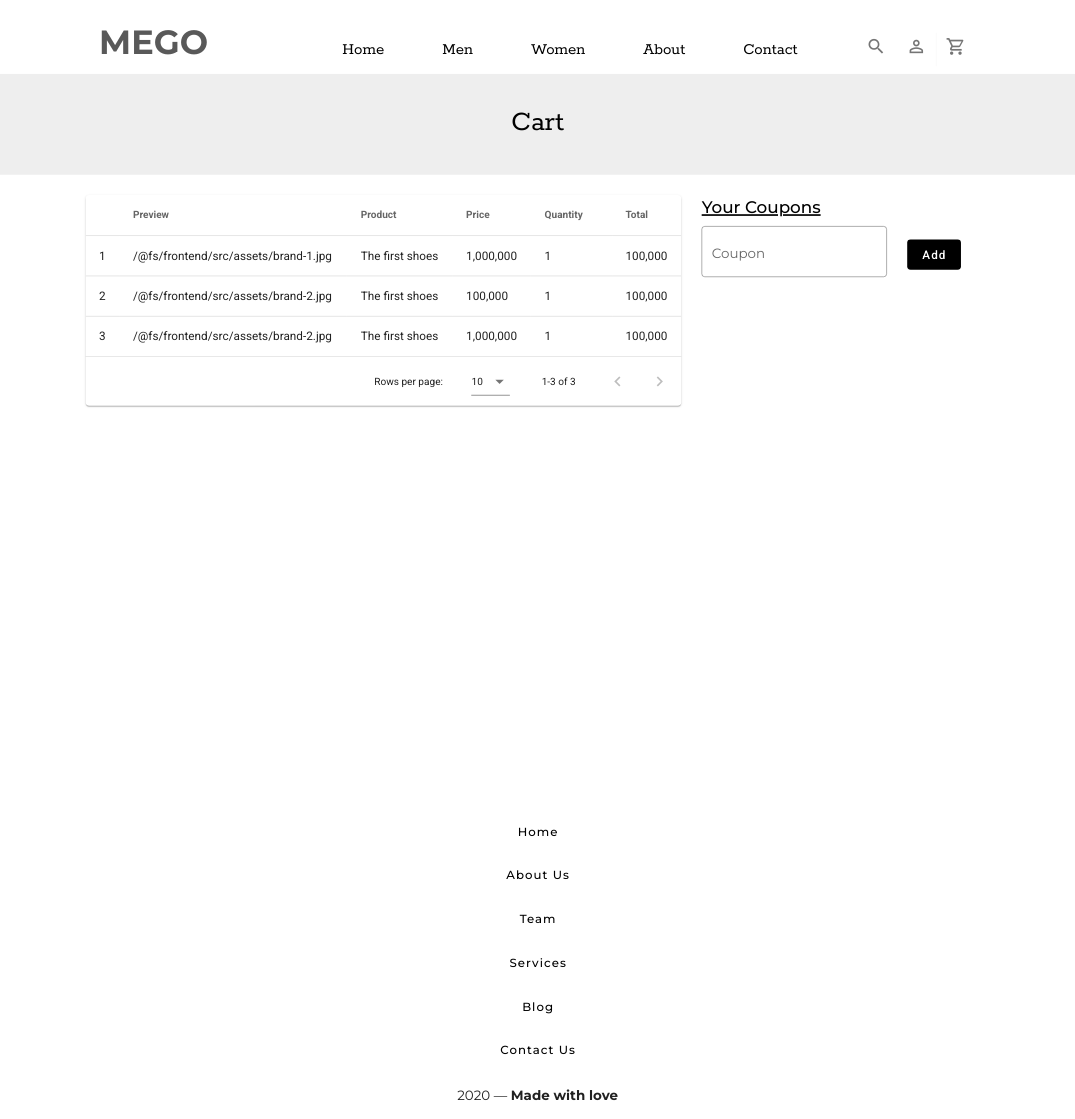
Repository: nguyenphuong152/shoesstore
Page: /cart (app in frontend/)
The author's editor kept a copy of each file at every save. The page is drawn from the files as they stood at one save, then again after the next save.
The browser window is 1280 px wide. The pictures show the whole page, at 84% of full size.
The project was rebuilt for these pictures with package versions that can differ from the ones it lists, and the page was loaded fresh each time. Also part of the build but not shown: frontend/vue.config.js, frontend/src/components/Customer/Collection.vue, frontend/src/components/Customer/Banner.vue, frontend/src/components/Customer/BestSeller.vue, frontend/src/components/Customer/Partner.vue, frontend/src/views/Customer/Home.vue, frontend/src/components/Customer/ProductCategory.vue, frontend/src/components/Customer/ProductView.vue and 10 more. Imported but missing from the stored project, and not drawn on this page: frontend/src/views/Admin/Category.vue, frontend/src/views/Admin/ManageProduct.vue, frontend/src/views/Admin/ManageUser.vue, frontend/src/views/Admin/OrderList.vue.

Above is the page before, as saved 2020-11-28 09:51:26.

### frontend/public/index.html
<!DOCTYPE html>
<html lang="en">
  <head>
    <meta charset="utf-8">
    <head>
      <title>MEGO</title>
    </head>
    <meta http-equiv="X-UA-Compatible" content="IE=edge">
    <meta name="viewport" content="width=device-width,initial-scale=1.0">
    <link rel="icon" href="<%= BASE_URL %>favicon.ico">
    <title><%= htmlWebpackPlugin.options.title %></title>
    <link href="https://fonts.googleapis.com/css?family=Montserrat:300,400,500,600,700" rel="stylesheet">
    <link href="https://fonts.googleapis.com/css?family=Rokkitt:100,300,400,700" rel="stylesheet">
    <link rel="stylesheet" href="https://fonts.googleapis.com/css?family=Roboto:100,300,400,500,700,900">
    <link rel="stylesheet" href="https://cdn.jsdelivr.net/npm/@mdi/font@latest/css/materialdesignicons.min.css">
  </head>
  <body>
    <noscript>
      <strong>We're sorry but <%= htmlWebpackPlugin.options.title %> doesn't work properly without JavaScript enabled. Please enable it to continue.</strong>
    </noscript>
    <div id="app"></div>
    <!-- built files will be auto injected -->
  </body>
</html>

### frontend/src/main.js
import Vue from 'vue'
import App from './App.vue'
import vuetify from './plugins/vuetify';
import router from './router'
import '../sass/style.scss'
import 'bootstrap/dist/css/bootstrap.css'
import 'bootstrap-vue/dist/bootstrap-vue.css'
import { BootstrapVue, IconsPlugin } from 'bootstrap-vue'

Vue.use(BootstrapVue)
// Optionally install the BootstrapVue icon components plugin
Vue.use(IconsPlugin)
Vue.config.productionTip = false

new Vue({
  vuetify,
  router,
  render: h => h(App)
}).$mount('#app')

### frontend/src/App.vue
<template>
  <v-app app>
    <v-container v-if="!['Admin', 'Banner', 'Category','Product','ManageUser','OrderList','Dashboard'].includes($route.name)">
      <Toolbar />
    </v-container>
    <v-main>
      <router-view></router-view>
    </v-main>
      <Footer v-if="!['Admin', 'Banner', 'Category','Product','ManageUser','OrderList','Dashboard'].includes($route.name)"/>
  </v-app>

</template>

<script>

import Footer from "./components/Customer/Footer";
import Toolbar from "./components/Customer/Toolbar";

export default {
  name: "App",

  components: {
    Toolbar,
    Footer
  },

  data: () => ({
    //
  }),
};
</script>

### frontend/src/plugins/vuetify.js
import Vue from 'vue';
import Vuetify from 'vuetify/lib';


Vue.use(Vuetify);

const vuetify = new Vuetify({
    theme: {
      themes: {
        light: {
          primary: '#000',
          secondary: '#b0bec5',
          accent: '#8c9eff',
          error: '#b71c1c',
        },
      },
    },
  })

export default new Vuetify({
    vuetify,
});

### frontend/src/router/index.js
import Vue from "vue";
import VueRouter from "vue-router";
import Home from "../views/Customer/Home.vue";
import Men from "../views/Customer/Men.vue";
import Women from "../views/Customer/Women.vue";
import Admin from "../views/Admin/Admin.vue";
import Product from "../views/Admin/ManageProduct.vue";
import Banner from "../views/Admin/Banner.vue";
import Category from "../views/Admin/Category.vue";
import ManageUser from "../views/Admin/ManageUser.vue";
import OrderList from "../views/Admin/OrderList.vue";
import Dashboard from "../views/Admin/Dashboard.vue"
//import ProductDetail from "../views/ProductDetail.vue"

Vue.use(VueRouter);

const routes = [
  {
    path: "/",
    name: "Home",
    component: Home,
  },
  {
    path: "/men",
    name: "Men",
    component: Men,
  },
  {
    path: "/women",
    name: "Women",
    component: Women,
  },
  {
    path: "/about",
    name: "About",
    // route level code-splitting
    // this generates a separate chunk (about.[hash].js) for this route
    // which is lazy-loaded when the route is visited.
    component: () =>
      import(/* webpackChunkName: "about" */ "../views/Customer/About.vue"),
  },
  {
    path: "/contact",
    name: "Contact",
    component: () =>
      import(/* webpackChunkName: "about" */ "../views/Customer/Contact.vue"),
  },
  {
    path: "/cart",
    name: "Cart",
    component: () =>
      import(/* webpackChunkName: "about" */ "../views/Customer/Cart.vue"),
  },
  {
    path: "/account",
    name: "Account",
    component: () =>
      import(/* webpackChunkName: "about" */ "../views/Customer/Account.vue"),
  },
  {
    path: "/userlogin",
    name: "UserLogin",
    component: () =>
      import(/* webpackChunkName: "about" */ "../views/Customer/UserLogin.vue"),
  },
  {
    path: "/checkout",
    name: "Checkout",
    component: () =>
      import(/* webpackChunkName: "about" */ "../views/Customer/Checkout.vue"),
  },
  {
    path: "/product/:id",
    name: "ProductDetail",
    component: () =>
      import(/* webpackChunkName: "about" */ "../views/Customer/ProductDetail.vue"),
  },
  {
    path: "/admin",
    name: "Admin",
    component: Admin,
    children: [
      {
        path: "/banner",
        name: "Banner",
        component: Banner,
      },
      {
        path: "/category",
        name: "Category",
        component: Category,
      },
      {
        path: "/product",
        name: "Product",
        component: Product,
      },
      {
        path: "/manageuser",
        name: "ManageUser",
        component: ManageUser,
      },
      {
        path: "/orderlist",
        name: "OrderList",
        component: OrderList,
      },
      {
        path: "/dashboard",
        name: "Dashboard",
        component: Dashboard,
      },
    ],
  },
];

const router = new VueRouter({
  mode: "history",
  base: process.env.BASE_URL,
  routes,
});

export default router;

### frontend/sass/style.scss

$font-primary: 'Montserrat',
Arial,
sans-serif;
$font-secondary: 'Rokkitt',
Georgia,
serif;


@import '~vuetify/src/styles/styles.sass';

// Overrides
$grid-gutter-width: 20px !default;
$border-radius-base: 4px !default;
$padding-base-vertical: 14px !default;

$brand-primary: #616161 !default;
$brand-secondary: #88c8bc !default;
$brand-yellow: #FFDD00 !default;
$brand-footer-color: #2C2E3E;

$brand-white: #fff;
$brand-black: #000;
$brand-darker: #444;
$brand-gray: #ccc;
$brand-lighter: #e9e9e9;
$brand-body-color: #e8e8e8;
$brand-selection-color: #f9f6f0;
$brand-overlay-color: #4c4a8a;
$brand-bg-color: $brand-white;

.v-btn {
  text-transform:none !important;
}
// .v-text-field{
//   width: 50px;
//   height: 10px;
// }

#app {
  -webkit-font-smoothing: antialiased;
  -moz-osx-font-smoothing: grayscale;

  text-align: center;
  .container {
    max-width: 1100px;
  }
  font: 300
}

.nav {
  padding-left: 0px;
  a {
    font-size: 20px;
    color: lighten($brand-black,35%);
    font-family: $font-secondary;
    text-decoration: none;
    font-weight: 500;
    &.router-link-exact-active {
      color: #42b983;
    }

  }
}

#logo {
  font-size: 40px;
  font-weight: 700;
  font-family: $font-primary;
  color: lighten($brand-black, 35%);
}


.slogan {
  font-size: 50px;
  color: #2c3e50;
  font-family: $font-secondary;
  text-decoration: none;
}

.title-collection{
  @extend .slogan;
  font-size: 25px;
}


.slogan-3 {
  @extend .slogan;
  font-size: 35px;
}

.title-shoes {
  @extend .slogan;
  font-size: 20px;
}


.footer-text {
  font-family:$font-primary;
  font-size: 16px;
}

.admin {
  font-family: $font-primary;
  font-size:16px;
}

.admin-nav {
  font-family: $font-primary !important;
  font-size: 20px !important;
  color: white !important;
}

### frontend/src/components/Customer/Footer.vue
<template>
  <v-footer class="white" padless>
    <v-row justify="center" no-gutters>
      <v-btn
        v-for="link in links"
        :key="link"
        color="black"
        text
        rounded
        class="my-2 footer-text"
      >
        {{ link }}
      </v-btn>
      <v-col class="white py-4 text-center fluid footer-text" cols="12">
        {{ new Date().getFullYear() }} — <strong>Made with love</strong>
      </v-col>
    </v-row>
  </v-footer>
</template>

<script>
export default {
  data: () => ({
    links: ["Home", "About Us", "Team", "Services", "Blog", "Contact Us"],
  }),
};
</script>

<style></style>

### frontend/src/components/Customer/Toolbar.vue
<template>
  <v-toolbar flat>
    <v-row class="d-flex align-baseline">
      <v-col cols="3" class="d-flex justify-lg-start">
        <v-toolbar-title id="logo">MEGO</v-toolbar-title>
      </v-col>
      <v-col class="d-flex justify-space-around text-start nav">
        <router-link to="/">Home</router-link>
        <router-link to="/men">Men</router-link>
        <router-link to="/women">Women</router-link>
        <router-link to="/about">About</router-link>
        <router-link to="/contact">Contact</router-link>
      </v-col>
      <v-col cols="2" class="d-flex justify-end">
        <v-btn icon>
          <v-icon>mdi-magnify</v-icon>
        </v-btn>
        <v-menu
          open-on-hover
          top
          offset-y
          :position-x="960"
          :position-y="230"
          absolute
        >
          <template v-slot:activator="{ on, attrs }">
            <v-btn icon v-bind="attrs" v-on="on">
              <v-icon>mdi-account-outline</v-icon>
            </v-btn>
          </template>

          <v-list class="text-start nav">
            <v-list-item v-for="(item, index) in routes" :key="index" :to="item.path">
              <v-list-item-title>{{ item.name }}</v-list-item-title>
            </v-list-item>
          </v-list>
        </v-menu>
        <v-divider vertical inset></v-divider>
        <v-btn icon @click="goToCart">
          <v-icon>mdi-cart-outline</v-icon>
        </v-btn>
      </v-col>
    </v-row>
  </v-toolbar>
</template>

<script>
export default {
  data: () => ({
    routes: [
      {
        path:"/checkout",
        name:"Check Out"
       },
       {
        path:"/account",
        name:"My Account"
       },
       {
        path:"/userlogin",
        name:"User Login"
       },

    ],
  }),
  methods: {
     goToCart: function() {
     this.$router.push({name: 'Cart'})
     }
  }
};
</script>

<style></style>

### frontend/src/views/Customer/Cart.vue
<template>
  <div class="cart app">
    <v-sheet color="grey lighten-3" height="120">
      <v-container py-8>
        <a class="slogan-3">Cart</a>
      </v-container>
    </v-sheet>
    <div>
      <v-container>
        <v-row>
          <v-col cols="8">
            <totalProducts />
          </v-col>
          <v-col pa-8>
            <addCoupons/>
            </v-col>
        </v-row>
      </v-container>
    </div>
  </div>
</template>

<script>
import totalProducts from "../../components/Customer/TotalProducts";
import addCoupons from "../../components/Customer/AddCoupon"

export default {
  components: { totalProducts, addCoupons },
  data() {},
};
</script>

### frontend/src/components/Customer/TotalProducts.vue
<template>
  <div id="app">
    <v-app id="inspire">
      <v-data-table :headers="headers" :items="products" class="elevation-1">
        <template v-slot:item.preview>
          <v-img
            lazy-src="item.path"
            max-height="100"
            max-width="100"
            src="'item.path'"
          ></v-img>
        </template>
      </v-data-table>
    </v-app>
  </div>
</template>

<script>
export default {
  data() {
    return {
      headers: [
        {
          text: "",
          align: "start",
          sortable: false,
          value: "id",
        },
        { text: "Preview", value: "path" },
        { text: "Product", value: "name" },
        { text: "Price", value: "price" },
        { text: "Quantity", value: "quantity" },
        { text: "Total", value: "total" },
      ],
      products: [
        {
          id: 1,
          path: require('../../assets/brand-1.jpg'),
          name: "The first shoes",
          price: Intl.NumberFormat('en-EN', { maximumSignificantDigits: 3 }).format(1000000),
          quantity: 1,
          total: Intl.NumberFormat('en-EN', { maximumSignificantDigits: 3 }).format(100000),
        },
        {
          id: 2,
          path: require('../../assets/brand-2.jpg'),
          name: "The first shoes",
          price:Intl.NumberFormat('en-EN', { maximumSignificantDigits: 3 }).format(100000),
          quantity: 1,
          total: Intl.NumberFormat('en-EN', { maximumSignificantDigits: 3 }).format(100000)
        },
        {
         id: 3,
          path: require('../../assets/brand-2.jpg'),
          name: "The first shoes",
          price: Intl.NumberFormat('en-EN', { maximumSignificantDigits: 3 }).format(1000000),
          quantity: 1,
          total:Intl.NumberFormat('en-EN', { maximumSignificantDigits: 3 }).format(100000),
        },
      ],
    };
  },
};
</script>

<style></style>

### frontend/src/components/Customer/AddCoupon.vue
<template>
  <div class="app text-start">
      <a class="admin-nav font-weight-medium black--text">Your Coupons</a>
      <v-row class="d-flex align-baseline">
           <v-col
          cols="8"
        >
          <v-text-field
          class="admin"
            label="Coupon"
            outlined
          ></v-text-field>
        </v-col>
         <v-col
        >
           <v-btn
      depressed
      color="primary"
    >
      Add
    </v-btn>
        </v-col>
      </v-row>
  </div>
</template>

<script>
export default {

}
</script>

<style>

</style>

After the next save:
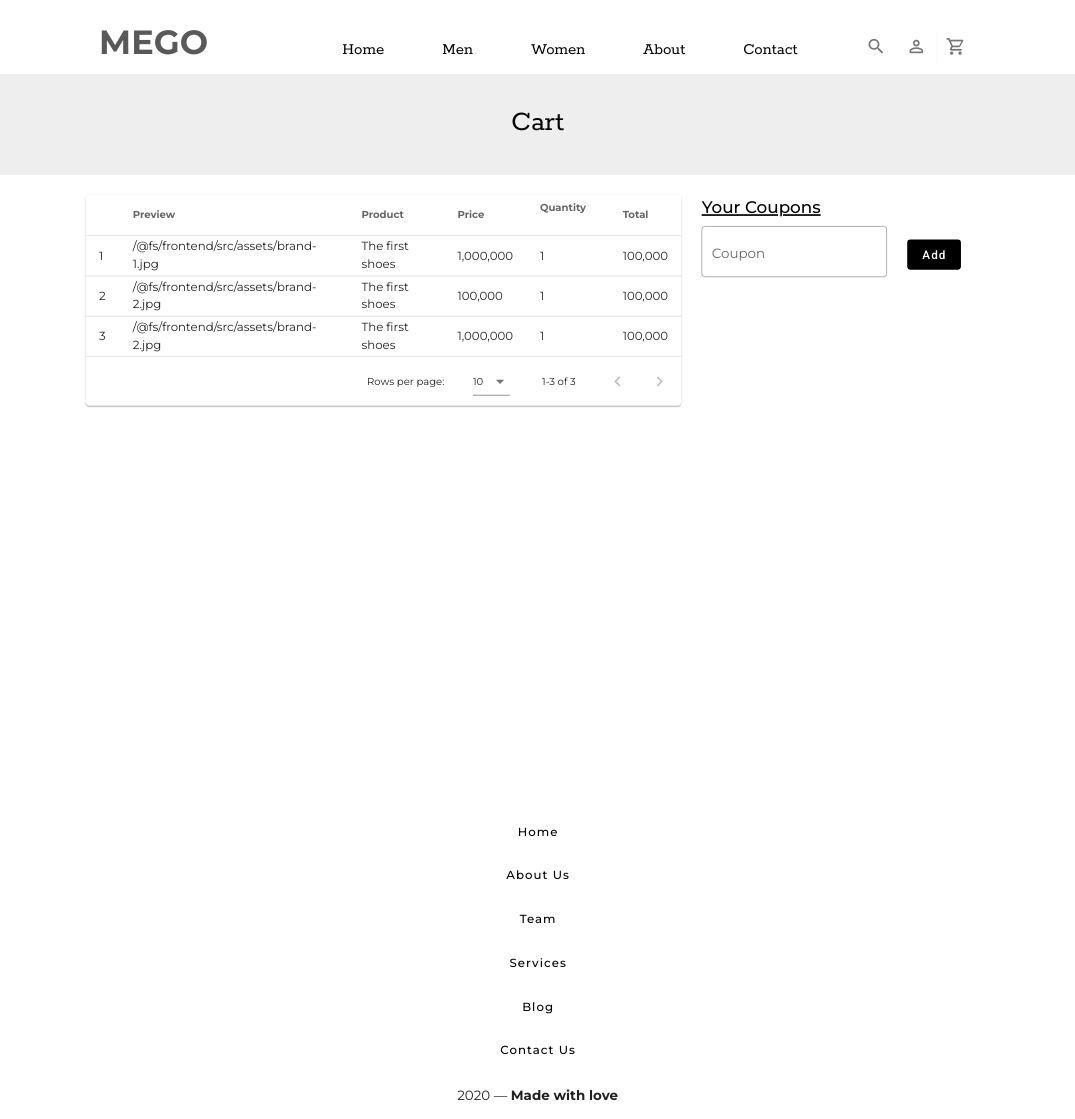
Saved 13 s later.
--- a/frontend/src/components/Customer/TotalProducts.vue
+++ b/frontend/src/components/Customer/TotalProducts.vue
@@ -1,7 +1,7 @@
 <template>
   <div id="app">
     <v-app id="inspire">
-      <v-data-table :headers="headers" :items="products" class="elevation-1">
+      <v-data-table :headers="headers" :items="products" class="elevation-1 admin">
         <template v-slot:item.preview>
           <v-img
             lazy-src="item.path"
